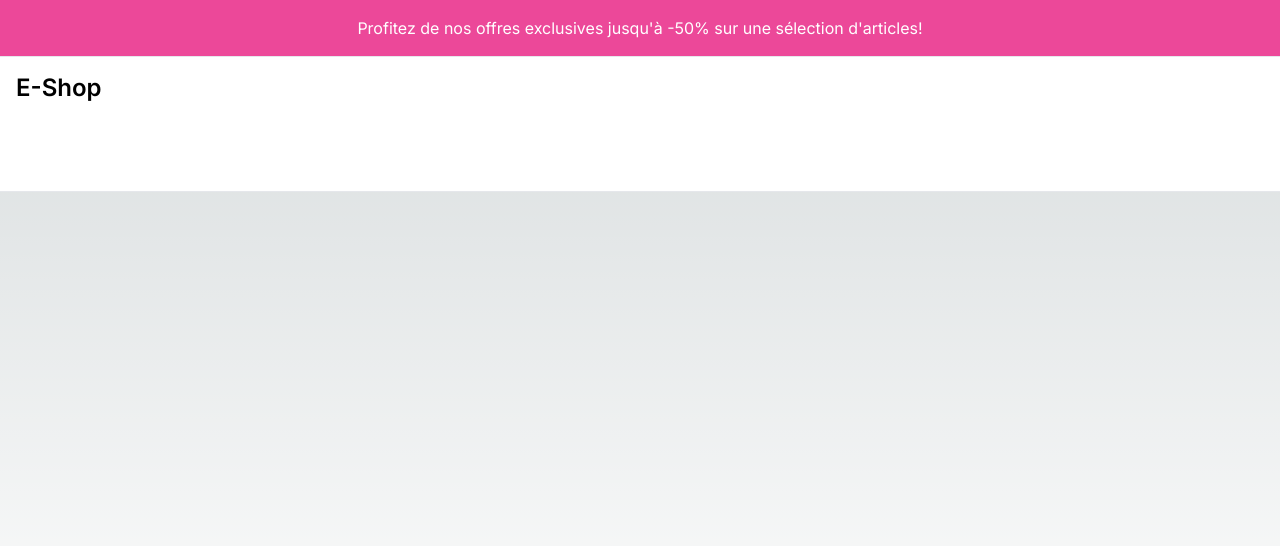
Repository: SDlevelUp/e-shop
Page: /
These files come from the project's save history. The page is drawn as it stood at one moment and after a run of saves; the edit follows.
The browser window is 1280 px wide. The pictures show the whole page.
The project was rebuilt for these pictures with package versions that can differ from the ones it lists, and the page was loaded fresh each time. The framework's server and built-in components were replaced by stand-ins that run in the browser. Also part of the build but not shown: next.config.js.

Above is the page before, as saved 2023-08-29 09:12:12.

After the next 2 saves:
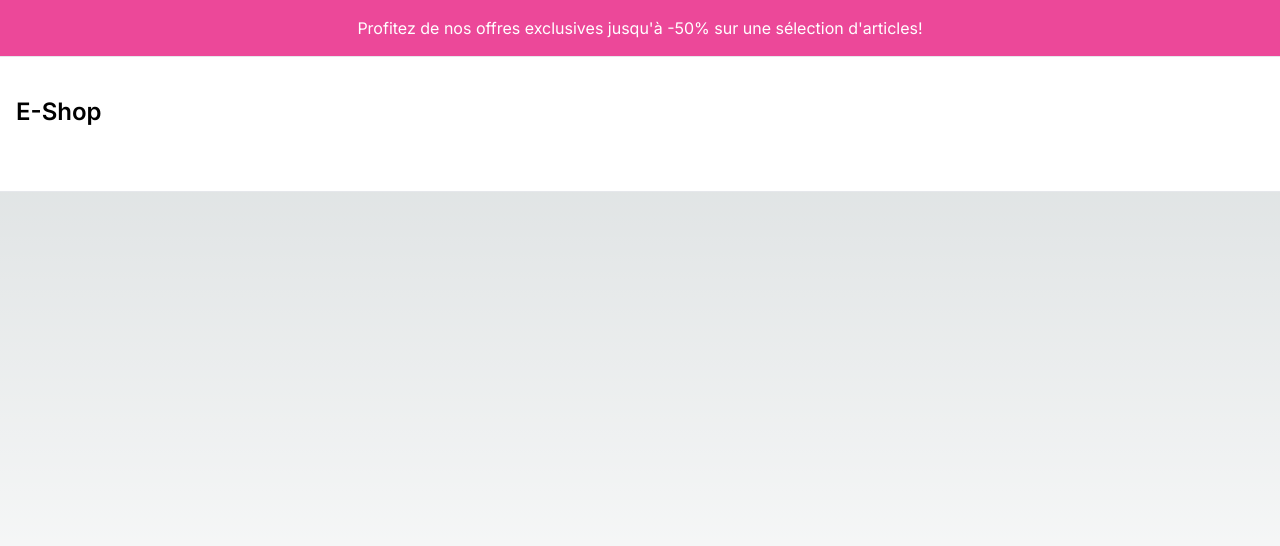
The 2 saves are shown as one change because they came seconds apart.
The last was saved 35 s later.
--- a/src/components/Navbar/Navbar.jsx
+++ b/src/components/Navbar/Navbar.jsx
@@ -14,7 +14,7 @@ export default function Navbar() {
                     </div>
                 </header>
 
-                <nav className="max-w-screen-xl flex items-center justify-between mx-auto p-4 mt-14" >
+                <nav className="max-w-screen-xl flex items-center justify-between mx-auto p-4 mt-20" >
                     <div className="flex items-center cursor-pointer">
                         <span className="self-center text-2xl font-semibold whitespace-nowrap">
                             E-Shop
